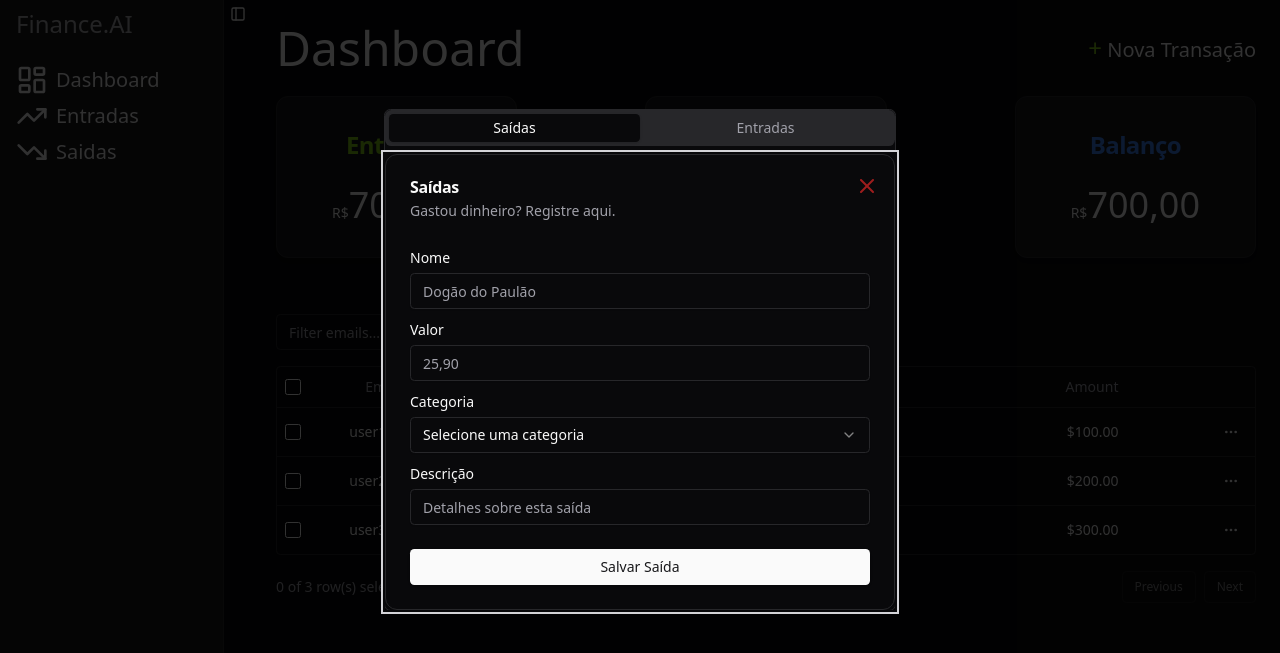
Repository: jvmotadev/web1front
Page: /, after clicking the first element matching `button.text-xl`
The author's editor kept a copy of each file at every save. The page is drawn from the files as they stood at one save, then again after the next save.
The browser window is 1280 px wide. The pictures show the whole page.
The project was rebuilt for these pictures with package versions that can differ from the ones it lists, and the page was loaded fresh each time. Also part of the build but not shown: vite.config.ts, src/components/ui/separator.tsx, src/components/ui/sheet.tsx, src/components/ui/skeleton.tsx, src/components/ui/tooltip.tsx, src/app/entradas-item.tsx, src/app/tabela.tsx, src/components/ui/chart.tsx and 3 more.

Above is the page before, as saved 2024-11-16 14:46:12.

After the next save:
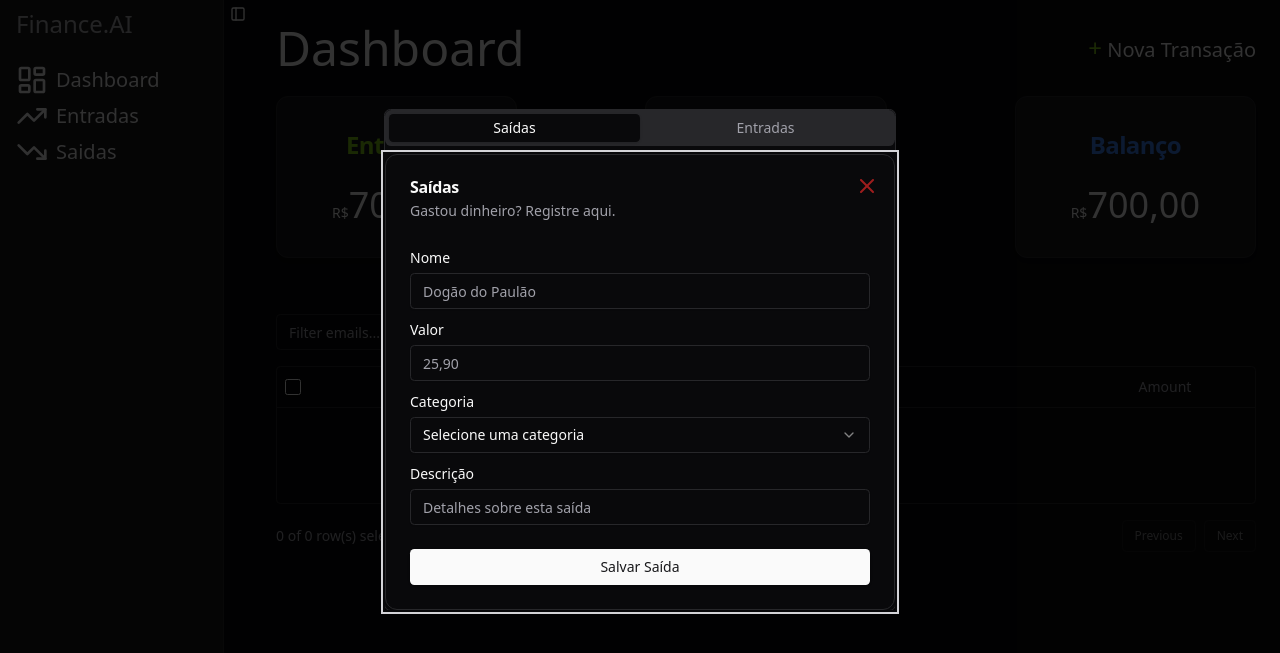
Saved 11 min 5 s later.
--- a/src/app/transaction-list/static-data.tsx
+++ b/src/app/transaction-list/static-data.tsx
@@ -1,5 +1,3 @@
 export const staticPayments = [
-    { id: "1", amount: 100, status: "pending", email: "user1@example.com" },
-    { id: "2", amount: 200, status: "success", email: "user2@example.com" },
-    { id: "3", amount: 300, status: "failed", email: "user3@example.com" },
+
   ];

After the save that followed:
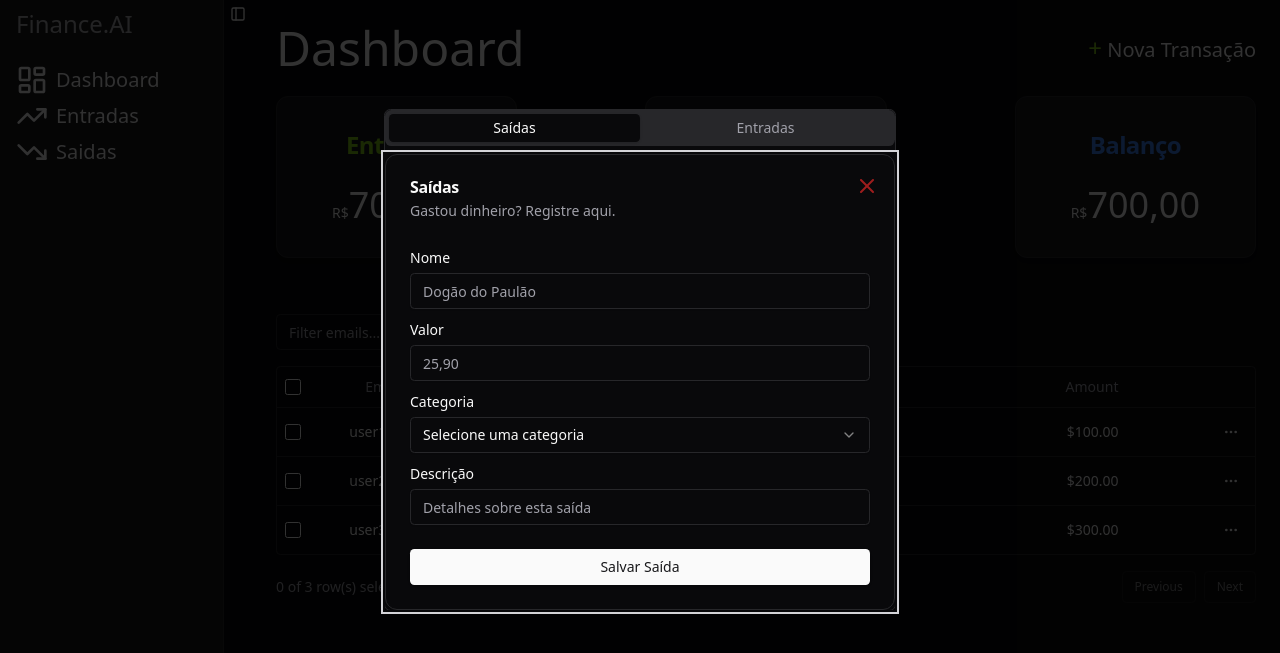
Saved 11 s later.
--- a/src/app/transaction-list/static-data.tsx
+++ b/src/app/transaction-list/static-data.tsx
@@ -1,3 +1,5 @@
 export const staticPayments = [
-
+    { id: "1", amount: 100, status: "pending", email: "user1@example.com" },
+    { id: "2", amount: 200, status: "success", email: "user2@example.com" },
+    { id: "3", amount: 300, status: "failed", email: "user3@example.com" },
   ];
